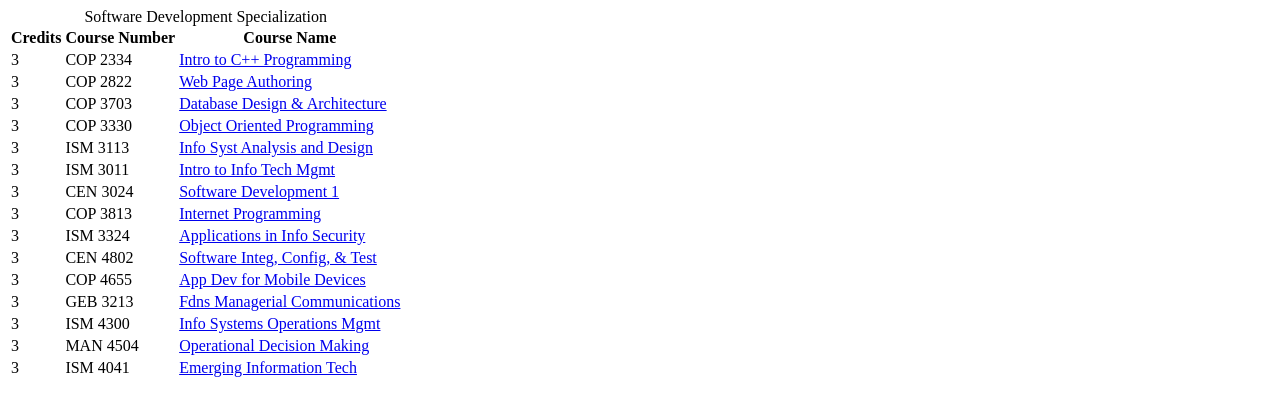
Repository: mlmEFSC21/P5-DegreeTableStyling
Page: index.html
An editor plug-in stored every save of this project. The page is shown before and after the next save, followed by the edit.
The browser window is 1280 px wide. The pictures show the whole page.

Above is the page before, as saved 2022-02-07 16:32:53.

### index.html
<!DOCTYPE html>
<html lang="en">
    <head>
        <meta charset="UTF-8" />
        <meta http-equiv="X-UA-Compatible" content="IE=edge" />
        <meta name="viewport" content="width=device-width, initial-scale=1.0" />
        <title>Degree Specialization Table</title>
    </head>
    <body>
        <table>
            <caption class="tableTitle">
                Software Development Specialization
            </caption>
            <thead>
                <tr class="colTitles">
                    <th>Credits</th>
                    <th>Course Number</th>
                    <th>Course Name</th>
                </tr>
            </thead>
            <tbody>
                <tr>
                    <td>3</td>
                    <td>COP 2334</td>
                    <td>
                        <a
                            href="https://bannerweb.easternflorida.edu/prod/bwckctlg.p_disp_course_detail?cat_term_in=202210&subj_code_in=COP&crse_numb_in=2334"
                            >Intro to C++ Programming</a
                        >
                    </td>
                </tr>
                <tr>
                    <td>3</td>
                    <td>COP 2822</td>
                    <td>
                        <a
                            href="https://bannerweb.easternflorida.edu/prod/bwckctlg.p_disp_course_detail?cat_term_in=202210&subj_code_in=COP&crse_numb_in=2822"
                            >Web Page Authoring</a
                        >
                    </td>
                </tr>
                <tr>
                    <td>3</td>
                    <td>COP 3703</td>
                    <td>
                        <a
                            href="https://bannerweb.easternflorida.edu/prod/bwckctlg.p_disp_course_detail?cat_term_in=202210&subj_code_in=COP&crse_numb_in=3703"
                            >Database Design & Architecture</a
                        >
                    </td>
                </tr>
                <tr>
                    <td>3</td>
                    <td>COP 3330</td>
                    <td>
                        <a
                            href="https://bannerweb.easternflorida.edu/prod/bwckctlg.p_disp_course_detail?cat_term_in=202210&subj_code_in=COP&crse_numb_in=3330"
                            >Object Oriented Programming</a
                        >
                    </td>
                </tr>
                <tr>
                    <td>3</td>
                    <td>ISM 3113</td>
                    <td>
                        <a
                            href="https://bannerweb.easternflorida.edu/prod/bwckctlg.p_disp_course_detail?cat_term_in=202210&subj_code_in=ISM&crse_numb_in=3113"
                            >Info Syst Analysis and Design</a
                        >
                    </td>
                </tr>
                <tr>
                    <td>3</td>
                    <td>ISM 3011</td>
                    <td>
                        <a
                            href="https://bannerweb.easternflorida.edu/prod/bwckctlg.p_disp_course_detail?cat_term_in=202210&subj_code_in=ISM&crse_numb_in=3011"
                            >Intro to Info Tech Mgmt</a
                        >
                    </td>
                </tr>
                <tr>
                    <td>3</td>
                    <td>CEN 3024</td>
                    <td>
                        <a
                            href="https://bannerweb.easternflorida.edu/prod/bwckctlg.p_disp_course_detail?cat_term_in=202210&subj_code_in=CEN&crse_numb_in=3024"
                            >Software Development 1</a
                        >
                    </td>
                </tr>
                <tr>
                    <td>3</td>
                    <td>COP 3813</td>
                    <td>
                        <a
                            href="https://bannerweb.easternflorida.edu/prod/bwckctlg.p_disp_course_detail?cat_term_in=202210&subj_code_in=COP&crse_numb_in=3813"
                            >Internet Programming</a
                        >
                    </td>
                </tr>
                <tr>
                    <td>3</td>
                    <td>ISM 3324</td>
                    <td>
                        <a
                            href="https://bannerweb.easternflorida.edu/prod/bwckctlg.p_disp_course_detail?cat_term_in=202210&subj_code_in=ISM&crse_numb_in=3324"
                            >Applications in Info Security</a
                        >
                    </td>
                </tr>
                <tr>
                    <td>3</td>
                    <td>CEN 4802</td>
                    <td>
                        <a
                            href="https://bannerweb.easternflorida.edu/prod/bwckctlg.p_disp_course_detail?cat_term_in=202210&subj_code_in=CEN&crse_numb_in=4802"
                            >Software Integ, Config, & Test</a
                        >
                    </td>
                </tr>
                <tr>
                    <td>3</td>
                    <td>COP 4655</td>
                    <td>
                        <a
                            href="https://bannerweb.easternflorida.edu/prod/bwckctlg.p_disp_course_detail?cat_term_in=202210&subj_code_in=COP&crse_numb_in=4655"
                            >App Dev for Mobile Devices</a
                        >
                    </td>
                </tr>
                <tr>
                    <td>3</td>
                    <td>GEB 3213</td>
                    <td>
                        <a
                            href="https://bannerweb.easternflorida.edu/prod/bwckctlg.p_disp_course_detail?cat_term_in=202210&subj_code_in=GEB&crse_numb_in=3213"
                            >Fdns Managerial Communications</a
                        >
                    </td>
                </tr>
                <tr>
                    <td>3</td>
                    <td>ISM 4300</td>
                    <td>
                        <a
                            href="https://bannerweb.easternflorida.edu/prod/bwckctlg.p_disp_course_detail?cat_term_in=202210&subj_code_in=ISM&crse_numb_in=4300"
                            >Info Systems Operations Mgmt</a
                        >
                    </td>
                </tr>
                <tr>
                    <td>3</td>
                    <td>MAN 4504</td>
                    <td>
                        <a
                            href="https://bannerweb.easternflorida.edu/prod/bwckctlg.p_disp_course_detail?cat_term_in=202210&subj_code_in=MAN&crse_numb_in=4504"
                            >Operational Decision Making</a
                        >
                    </td>
                </tr>
                <tr>
                    <td>3</td>
                    <td>ISM 4041</td>
                    <td>
                        <a
                            href="https://bannerweb.easternflorida.edu/prod/bwckctlg.p_disp_course_detail?cat_term_in=202210&subj_code_in=ISM&crse_numb_in=4041"
                            >Emerging Information Tech</a
                        >
                    </td>
                </tr>
            </tbody>
        </table>
    </body>
</html>

After the next save:
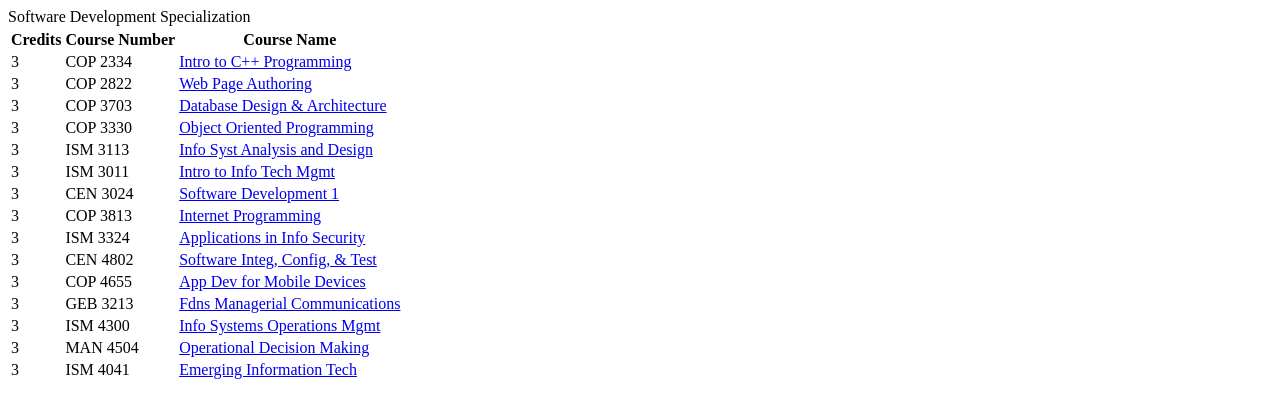
Saved 45 h 21 min later.
--- a/index.html
+++ b/index.html
@@ -8,10 +8,10 @@
     </head>
     <body>
         <table>
-            <caption class="tableTitle">
-                Software Development Specialization
-            </caption>
             <thead>
+                <tr>
+                    Software Development Specialization
+                </tr>
                 <tr class="colTitles">
                     <th>Credits</th>
                     <th>Course Number</th>
